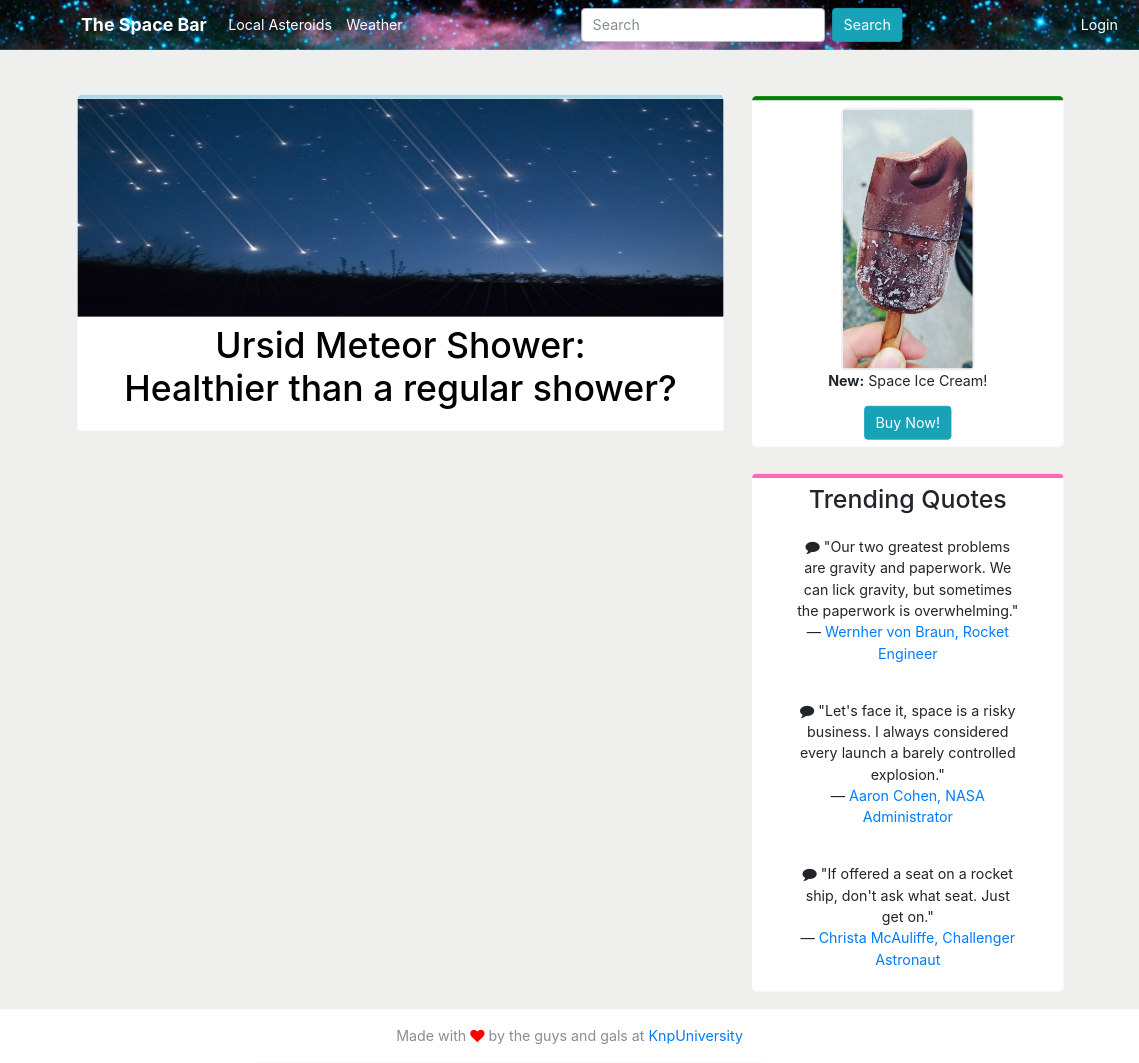
Repository: Ebrahim1820/symfony
Page: templates/default/homepage.html.twig
The author's editor kept a copy of each file at every save. The page is drawn from the files as they stood at one save, then again after the next save.
The browser window is 1280 px wide. The pictures show the whole page, at 89% of full size.
Some web libraries are served in a nearby version. The page is a Twig template of a Symfony application; nobody is signed in and links lead nowhere. The template is opened directly, without the code that normally fills it, so the values that code supplies are empty.

Above is the page before, as saved 2024-01-31 17:21:56.

After the next save:
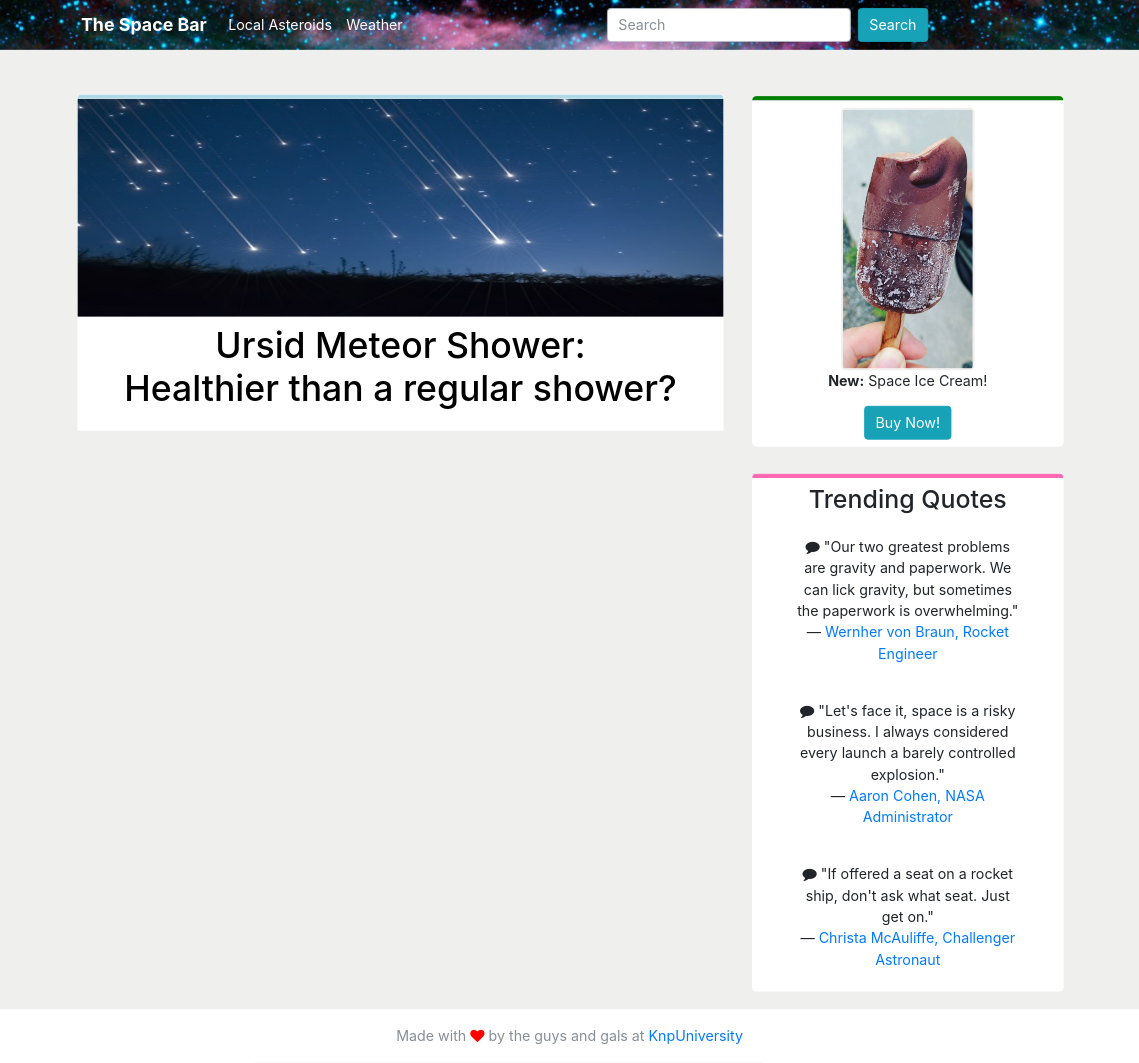
Saved 98 s later.
--- a/templates/base.html.twig
+++ b/templates/base.html.twig
@@ -35,9 +35,9 @@
                 </form>
                 <ul class="navbar-nav ml-auto">
 
-                <li class="nav-item">
+                {# <li class="nav-item">
                        <a style="color: #fff;" class="nav-link" href="{{path('app_login')}}">Login</a>
-                     </li>
+                     </li> #}
                     {# <li class="nav-item dropdown" style="margin-right: 75px;">
                         <a class="nav-link dropdown-toggle" href="http://example.com" id="navbarDropdownMenuLink" data-toggle="dropdown" aria-haspopup="true" aria-expanded="false">
                   <img class="nav-profile-img rounded-circle" src="{{ asset('images/astronaut-profile.png') }}">
